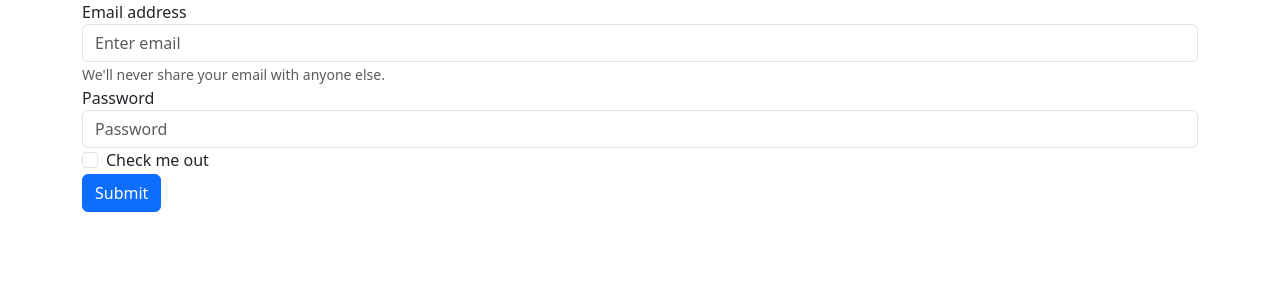
Repository: vnmk1/jsp_servlet-tutorials
Page: http://localhost/Bai6_BaiTapJSP3/login.jsp
An editor plug-in stored every save of this project. The page is shown before and after the next save, followed by the edit.
The browser window is 1280 px wide. The pictures show the whole page.
The page is served by Tomcat 9.

Above is the page before, as saved 2023-07-19 07:47:45.

After the next save:
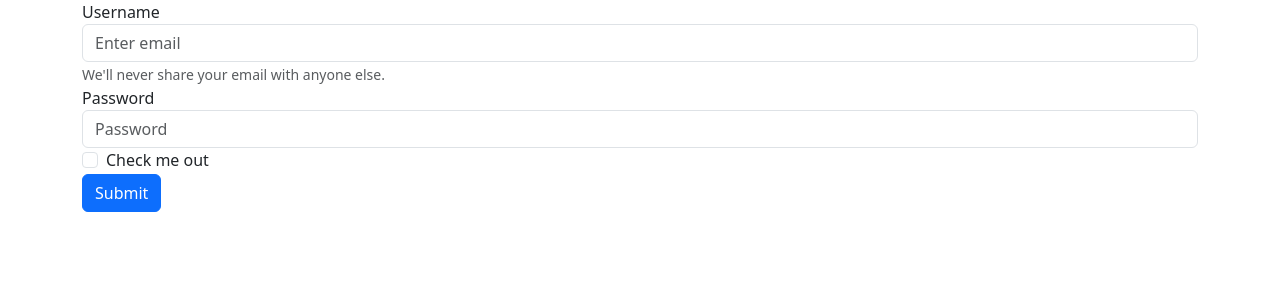
Saved 59 s later.
--- a/Bai6_BaiTapJSP3/src/main/webapp/login.jsp
+++ b/Bai6_BaiTapJSP3/src/main/webapp/login.jsp
@@ -23,7 +23,7 @@
 	<div class="container">
 		<form>
 			<div class="form-group">
-				<label for="exampleInputEmail1">Email address</label> <input
+				<label for="usernam">Username</label> <input
 					type="email" class="form-control" id="exampleInputEmail1"
 					aria-describedby="emailHelp" placeholder="Enter email"> <small
 					id="emailHelp" class="form-text text-muted">We'll never
